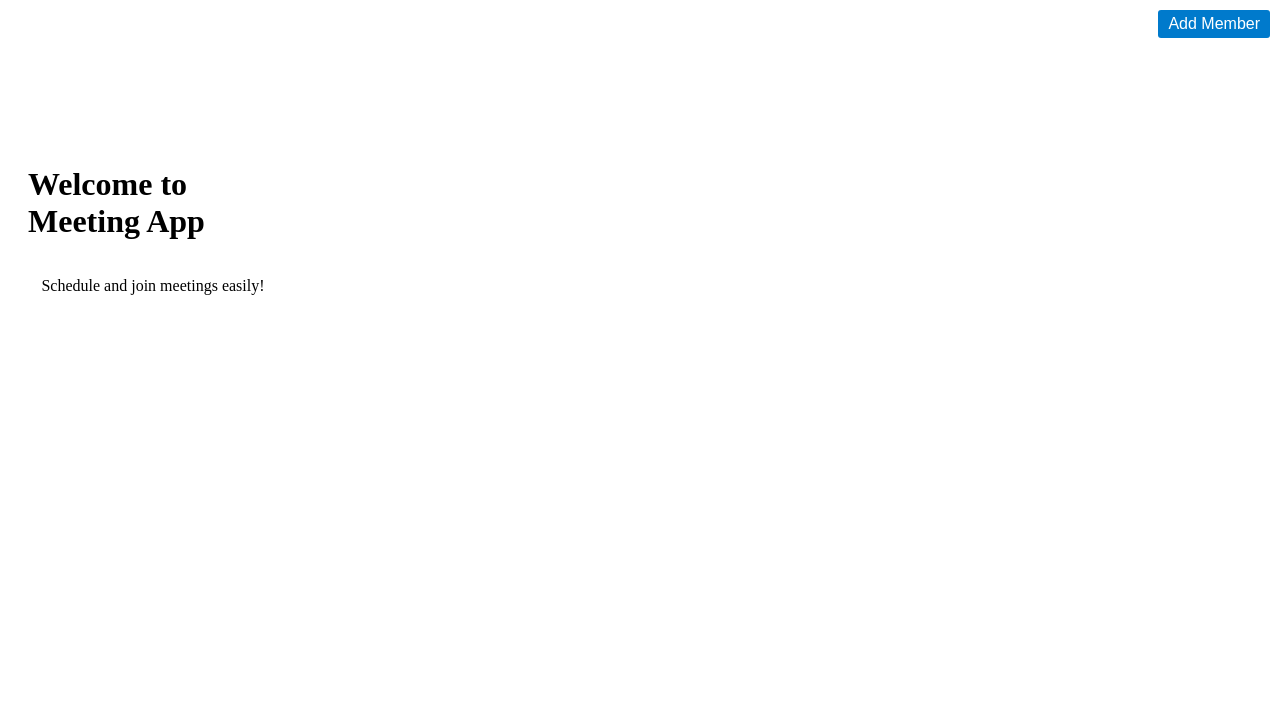
Repository: alexanderneal/meetingApp
Page: meetingApp copia/popup.html
The author's editor kept a copy of each file at every save. The page is drawn from the files as they stood at one save, then again after the next save.
The browser window is 1280 px wide. The pictures show the whole page.
Some web fonts or font styles are not loaded; a fallback is used.

Above is the page before, as saved 2023-04-21 11:11:38.

### meetingApp copia/popup.html
<!DOCTYPE html>
<html>
  <head>
    <title>Meeting App</title>
    <meta charset="UTF-8">
    <link rel="stylesheet" href="popup.css">
    <link rel="stylesheet" href="https://appleid.cdn-apple.com/fonts/SF-Pro/SF-Pro-Display-Regular.otf">
  </head>
  <body>
    <div class="popup-container">
      <h1>Welcome to Meeting App</h1>
      <p>Schedule and join meetings easily!</p>
    </div>
    <button id="add-member-btn">Add Member</button>
    <div id="members-list"></div>
    <script src="popup.js"></script>
  </body>
</html>

### meetingApp copia/popup.css
.popup-container {
    width: 250px;
    height: 400px;
    padding: 20px;
    display: flex;
    flex-direction: column;
    justify-content: center;
    align-items: center;

    body {
        background-color: white;
        background-image: linear-gradient(
          45deg,
          rgba(255, 0, 0, 0.3) 25%,
          transparent 25%,
          transparent 50%,
          rgba(255, 255, 0, 0.3) 50%,
          rgba(255, 255, 0, 0.3) 75%,
          transparent 75%,
          transparent
        );
        background-size: 20px 20px;
        background-repeat: repeat;
      }
    border-radius: 10px;
  }

  #add-member-btn {
    position: absolute;
    top: 10px;
    right: 10px;
    padding: 5px 10px;
    background-color: #007acc;
    color: white;
    border: none;
    border-radius: 3px;
    font-size: 16px;
    cursor: pointer;
  }

  #title {
    font-family: 'SF Pro', sans-serif;
    font-size: 24px;
    font-weight: bold;
    text-align: center;
    margin-top: 20px;
    margin-bottom: 30px;
  }

  #members-list {
    width: 100%;
    height: 100%;
    overflow-y: auto;
  }

  .member {
    display: flex;
    align-items: center;
    padding: 10px;
    border-bottom: 1px solid #c0c0c0;
  }

  .member-icon {
    width: 20px;
    height: 20px;
    background-color: #007acc;
    border-radius: 50%;
    margin-right: 10px;
  }

  .member-name {
    flex: 1;
    font-family: 'SF Pro', sans-serif;
    font-size: 16px;
    font-weight: bold;
  }

  .member-cost {
    font-family: 'SF Pro', sans-serif;
    font-size: 14px;
    color: #555;
  }

### meetingApp copia/popup.js
// Code for the popup window
// In popup.js

const membersList = document.getElementById("members-list");
const addMemberBtn = document.getElementById("add-member-btn");

let members = [];

addMemberBtn.addEventListener("click", () => {
  const name = prompt("Enter member name:");
  const salary = parseInt(prompt("Enter member salary:"));
  const costPerHour = salary / 52 / 40;

  const member = {
    name: name,
    salary: salary,
    costPerHour: costPerHour,
  };

  members.push(member);
  renderMembersList();
});

function renderMembersList() {
  membersList.innerHTML = "";

  members.forEach((member) => {
    const memberEl = document.createElement("div");
    memberEl.classList.add("member");
    memberEl.innerHTML = `
      <div class="member-icon"></div>
      <div class="member-name">${member.name}</div>
      <div class="member-cost">$${member.costPerHour.toFixed(2)} / hr</div>
    `;
    membersList.appendChild(memberEl);
  });
}

After the next save:
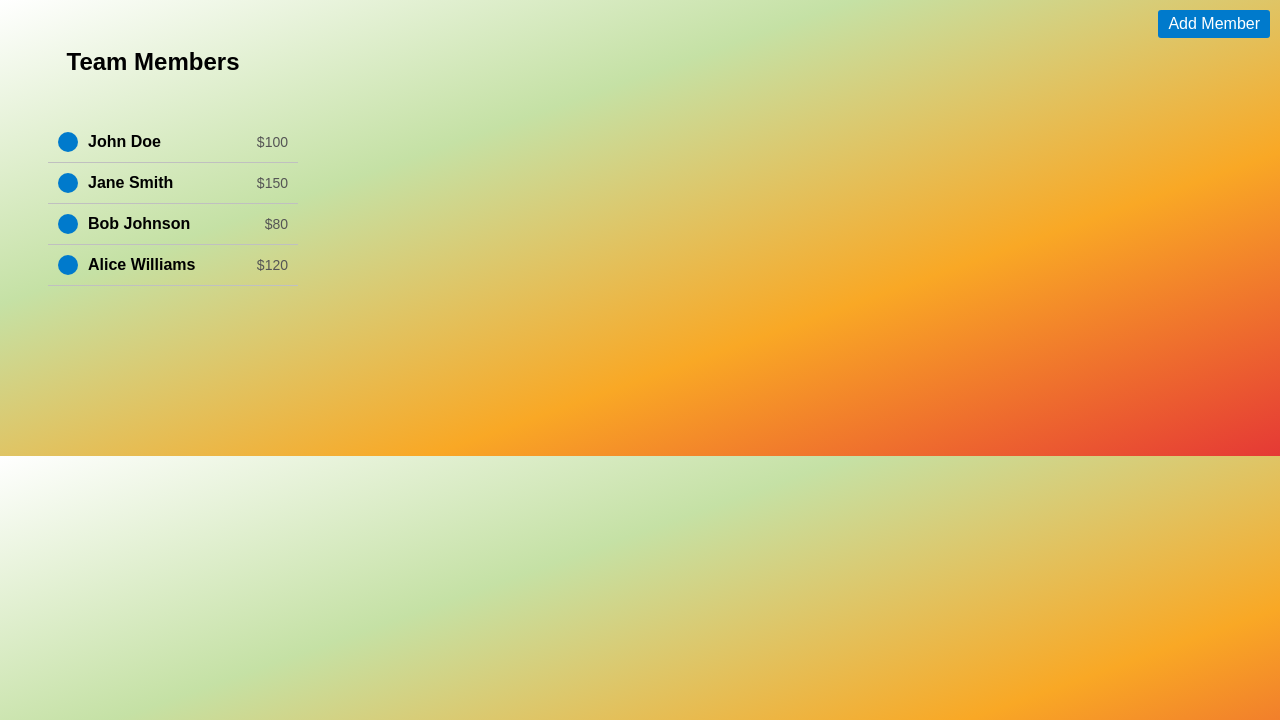
Saved 96 s later.
--- a/meetingApp copia/popup.html
+++ b/meetingApp copia/popup.html
@@ -1,18 +1,38 @@
 <!DOCTYPE html>
-<html>
+<html lang="en">
   <head>
-    <title>Meeting App</title>
-    <meta charset="UTF-8">
-    <link rel="stylesheet" href="popup.css">
-    <link rel="stylesheet" href="https://appleid.cdn-apple.com/fonts/SF-Pro/SF-Pro-Display-Regular.otf">
+    <meta charset="UTF-8" />
+    <meta name="viewport" content="width=device-width, initial-scale=1.0" />
+    <title>Add Member Popup</title>
+    <link rel="stylesheet" href="popup.css" />
   </head>
-  <body>
+  <body style="background: linear-gradient(to bottom right, white, #c5e1a5, #f9a825, #e53935);">
     <div class="popup-container">
-      <h1>Welcome to Meeting App</h1>
-      <p>Schedule and join meetings easily!</p>
+      <button id="add-member-btn">Add Member</button>
+      <h1 id="title">Team Members</h1>
+      <ul id="members-list">
+        <li class="member">
+          <div class="member-icon"></div>
+          <div class="member-name">John Doe</div>
+          <div class="member-cost">$100</div>
+        </li>
+        <li class="member">
+          <div class="member-icon"></div>
+          <div class="member-name">Jane Smith</div>
+          <div class="member-cost">$150</div>
+        </li>
+        <li class="member">
+          <div class="member-icon"></div>
+          <div class="member-name">Bob Johnson</div>
+          <div class="member-cost">$80</div>
+        </li>
+        <li class="member">
+          <div class="member-icon"></div>
+          <div class="member-name">Alice Williams</div>
+          <div class="member-cost">$120</div>
+        </li>
+      </ul>
     </div>
-    <button id="add-member-btn">Add Member</button>
-    <div id="members-list"></div>
     <script src="popup.js"></script>
   </body>
 </html>
